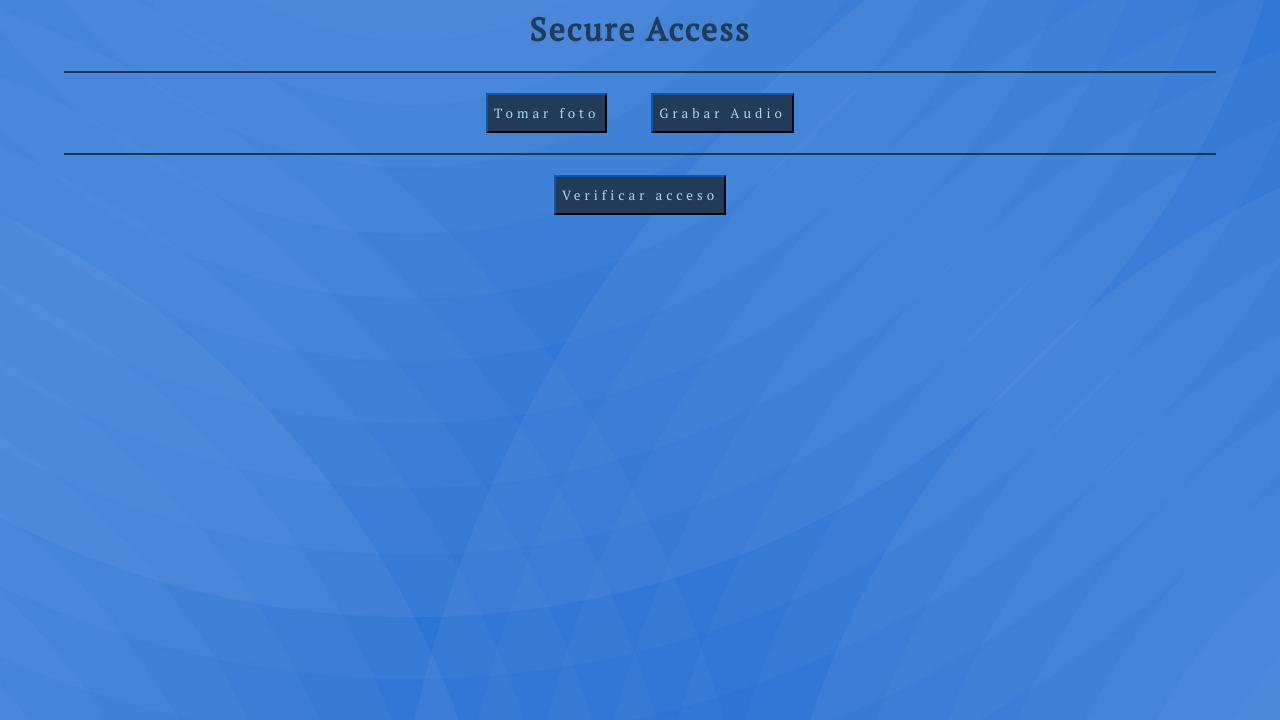
Repository: dabarreiroh/SECURE-ACCESS
Page: accessecure/templates/home/index.html
These files come from the project's save history. The page is drawn as it stood at one moment and after the next save; the edit follows.
The browser window is 1280 px wide. The pictures show the whole page.

Above is the page before, as saved 2020-03-16 23:41:38.

### accessecure/templates/home/index.html
<html>
    <head>
        <link rel="stylesheet" href="./../../static/admin/css/index/index.css">
        <link href="https://fonts.googleapis.com/css?family=PT+Serif&display=swap" rel="stylesheet">

    </head>
<body>

<h1>Secure Access</h1>

<div class="options">
    <input type="button" value="Tomar foto" onClick="window.location.href='photo'">
    <input type="button" value="Grabar Audio" onClick="window.location.href='audio'">
</div>


<div>
    <input type="button" value="Verificar acceso" onClick="window.location.href='verified'">
</div>

</body>
</html>

### accessecure/static/admin/css/index/index.css
*{
    text-align: center;
    font-family: 'PT Serif', serif;
}

body{
    background-image: url(../../img/background.jpg);
    background-size: cover;
}

h1{
    color: #223B59;
    /* color: #072D5C; */
    letter-spacing: 2px;
}

.options{
    border: solid #1D3759;
    border-width: 2px 0px;
    width: 90vw;
    margin: 0 auto;
}

input{
    margin: 20px;
    height: 40px;
    letter-spacing: 0.3em;
    background-color: #223B59;
    border: 2px solid #072D5C;
    border-style: outset;
    color: lightblue;
}

After the next save:
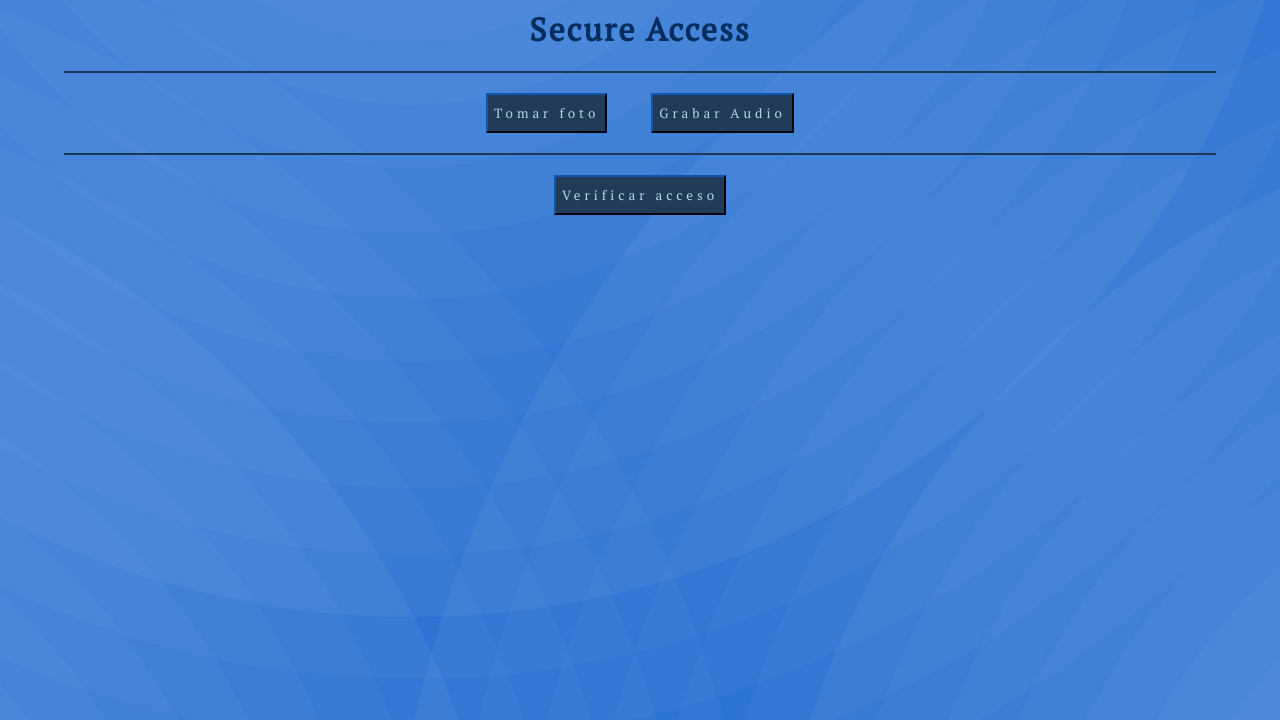
Saved 18 s later.
--- a/accessecure/static/admin/css/index/index.css
+++ b/accessecure/static/admin/css/index/index.css
@@ -9,7 +9,7 @@
 }
 
 h1{
-    color: #223B59;
+    color: #072D5C;
     /* color: #072D5C; */
     letter-spacing: 2px;
 }

After the save that followed:
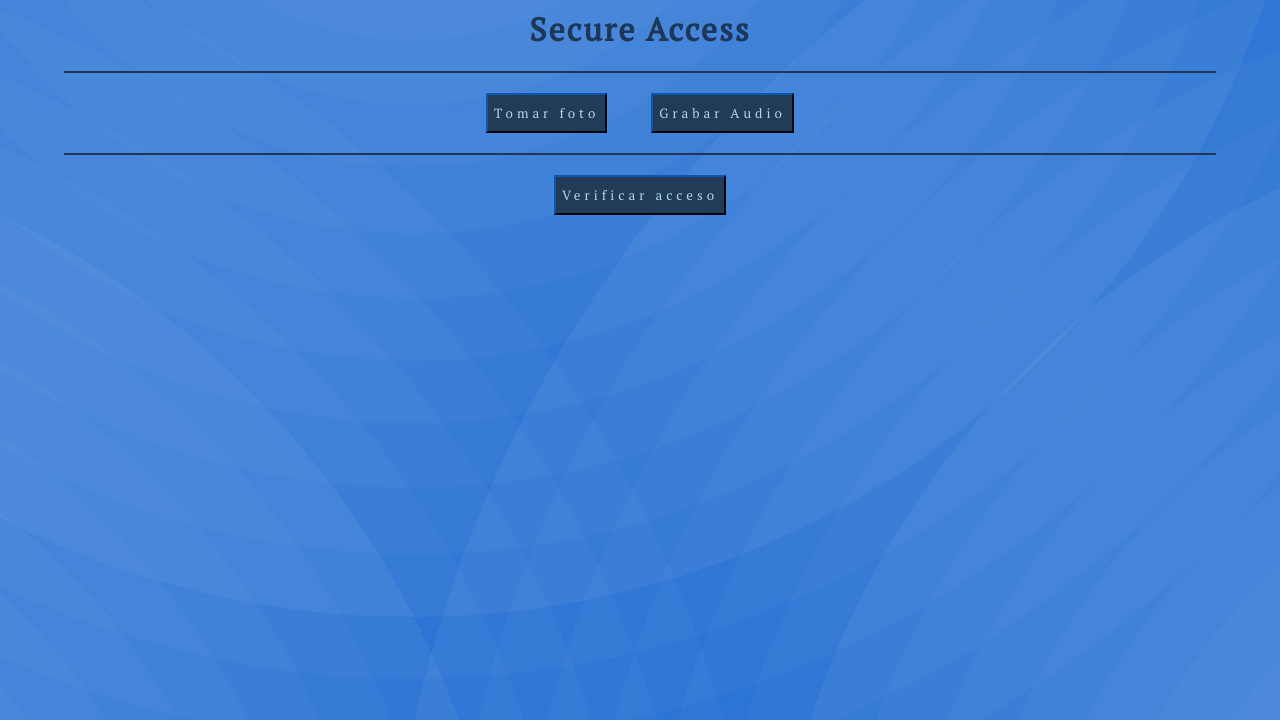
Saved 21 s later.
--- a/accessecure/static/admin/css/index/index.css
+++ b/accessecure/static/admin/css/index/index.css
@@ -9,7 +9,7 @@
 }
 
 h1{
-    color: #072D5C;
+    color: #1D3759;
     /* color: #072D5C; */
     letter-spacing: 2px;
 }
